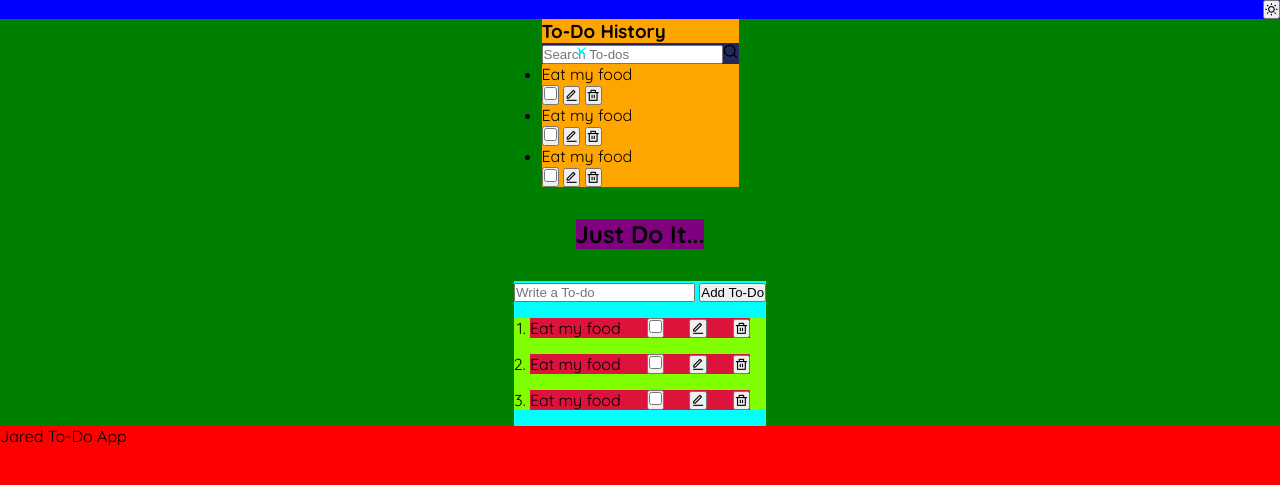
Repository: EguJaredoBoyd/Jared-ToDo-App
Page: main.html
These files come from the project's save history. The page is drawn as it stood at one moment and after the next save; the edit follows.
The browser window is 1280 px wide. The pictures show the whole page.
Some web libraries are served in a nearby version.

Above is the page before, as saved 2025-12-23 17:40:05.
Not found: js/to-do.j

### main.html
<!DOCTYPE html>
<html lang="en">
  <head>
    <meta charset="UTF-8" />
    <meta name="viewport" content="width=device-width, initial-scale=1.0" />
    <title>Document</title>
    <link
      href="https://cdn.jsdelivr.net/npm/remixicon@4.7.0/fonts/remixicon.css"
      rel="stylesheet"
    />
    <link rel="preconnect" href="https://fonts.googleapis.com" />
    <link rel="preconnect" href="https://fonts.gstatic.com" crossorigin />
    <link
      href="https://fonts.googleapis.com/css2?family=Quicksand:wght@300..700&display=swap"
      rel="stylesheet"
    />
    <link rel="stylesheet" href="./css/main.css" />
    <script src="./js/to-do.j" defer></script>
  </head>

  <body>
    <div class="body__todo-wrapper">
      <header>
        <button><i class="ri-sun-line"></i></button>
      </header>

      <main>
        <section class="todo-history">
          <div>
            <h3>To-Do History</h3>
          </div>
          <div class="todo-history__icon">
            <div>
              <input type="text" placeholder="Search To-dos " />
              <i class="ri-close-line"></i>
            </div>
            <i class="ri-search-line"></i>
          </div>
          <div>
            <ul>
              <div class="ul__list">
                <li>Eat my food</li>
                <button>
                  <input type="checkbox" name="checkbox" id="checkbox" />
                </button>
                <button><i class="ri-edit-line"></i></button>
                <button><i class="ri-delete-bin-line"></i></button>
              </div>
              <div class="ul__list">
                <li>Eat my food</li>
                <button>
                  <input type="checkbox" name="checkbox" id="checkbox" />
                </button>
                <button><i class="ri-edit-line"></i></button>
                <button><i class="ri-delete-bin-line"></i></button>
              </div>
              <div class="ul__list">
                <li>Eat my food</li>
                <button>
                  <input type="checkbox" name="checkbox" id="checkbox" />
                </button>
                <button><i class="ri-edit-line"></i></button>
                <button><i class="ri-delete-bin-line"></i></button>
              </div>
            </ul>
          </div>
        </section>

        <section class="todo-title">
          <div>
            <h2>Just Do It...</h2>
          </div>
        </section>

        <section class="todo-add-task">
          <div class="To-Do">
            <input type="text" id="to-do" placeholder="Write a To-do" />
            <button id="add-task">Add To-Do</button>

            <ol id="task-show" class="task-list">
              <div class="ol__list">
                <li>Eat my food</li>
                <button>
                  <input type="checkbox" name="checkbox" id="checkbox" />
                </button>
                <button><i class="ri-edit-line"></i></button>
                <button><i class="ri-delete-bin-line"></i></button>
              </div>
              <div class="ol__list">
                <li>Eat my food</li>
                <button>
                  <input type="checkbox" name="checkbox" id="checkbox" />
                </button>
                <button><i class="ri-edit-line"></i></button>
                <button><i class="ri-delete-bin-line"></i></button>
              </div>
              <div class="ol__list">
                <li>Eat my food</li>
                <button>
                  <input type="checkbox" name="checkbox" id="checkbox" />
                </button>
                <button><i class="ri-edit-line"></i></button>
                <button><i class="ri-delete-bin-line"></i></button>
              </div>
            </ol>
          </div>
        </section>
      </main>

      <footer>
        <div>Jared To-Do App</div>
      </footer>
    </div>
  </body>
</html>

### css/main.css
*,
*::before,
*::after {
  box-sizing: border-box;
  margin: 0;
  padding: 0;
}

:root {
  /* My project colours to use */
  --primary-color: #21295c;
  --secondary-color: #ffffff;

  /* My font size to use */
  --font-base: 16px;

  /* My spaces to use */
}

html {
  font-size: var(--font-base);
}

body {
  font-family: "Quicksand", sans-serif;
  background-color: red;
  max-width: 100vw;
  max-height: 100vh;
}

.body__todo-wrapper header {
  display: flex;
  justify-content: end;
  align-items: center;
  background-color: blue;
}

main {
  display: flex;
  flex-direction: column;
  justify-content: center;
  align-items: center;
  background-color: green;
  gap: 2rem;
  width: 100vw;
  max-width: 100vw;
}

.todo-history {
  position: relative;
  background-color: orange;
}

.ri-close-line {
  position: absolute;
  left: 2rem;
  color: aqua;
}

.todo-history__icon {
  display: flex;
  background-color: #21295c;
}

.todo-title {
  background-color: purple;
}

.todo-add-task {
  background-color: aqua;
}

.task-list {
  background-color: chartreuse;
}

.ol__list {
  display: flex;
  justify-content: space-between;
  align-items: center;
  margin: 1rem;
  background-color: crimson;
}

After the next save:
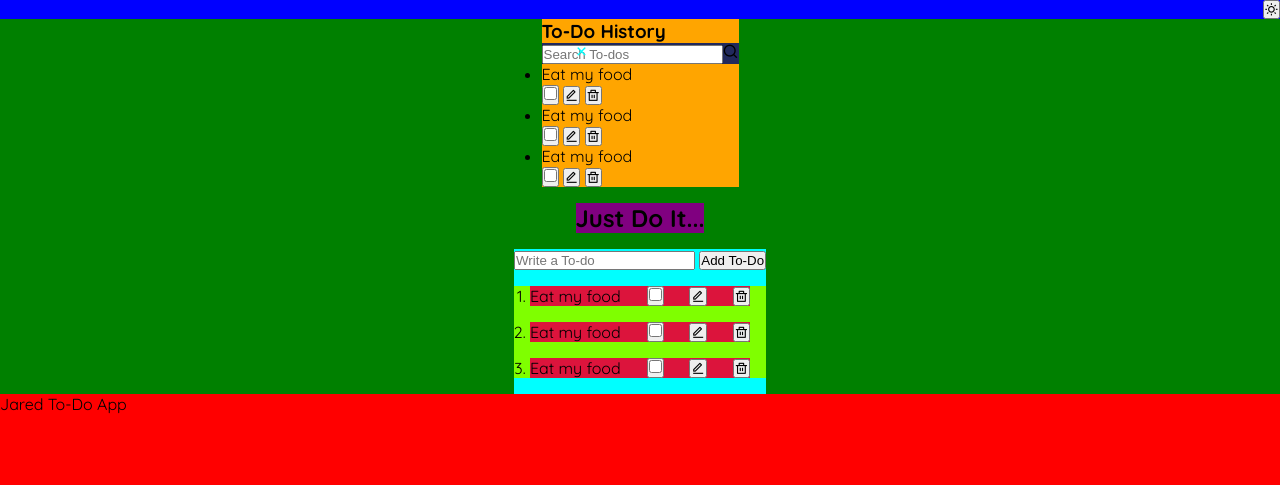
Saved 11 s later.
--- a/css/main.css
+++ b/css/main.css
@@ -41,7 +41,7 @@
   justify-content: center;
   align-items: center;
   background-color: green;
-  gap: 2rem;
+  gap: 1rem;
   width: 100vw;
   max-width: 100vw;
 }

After the save that followed:
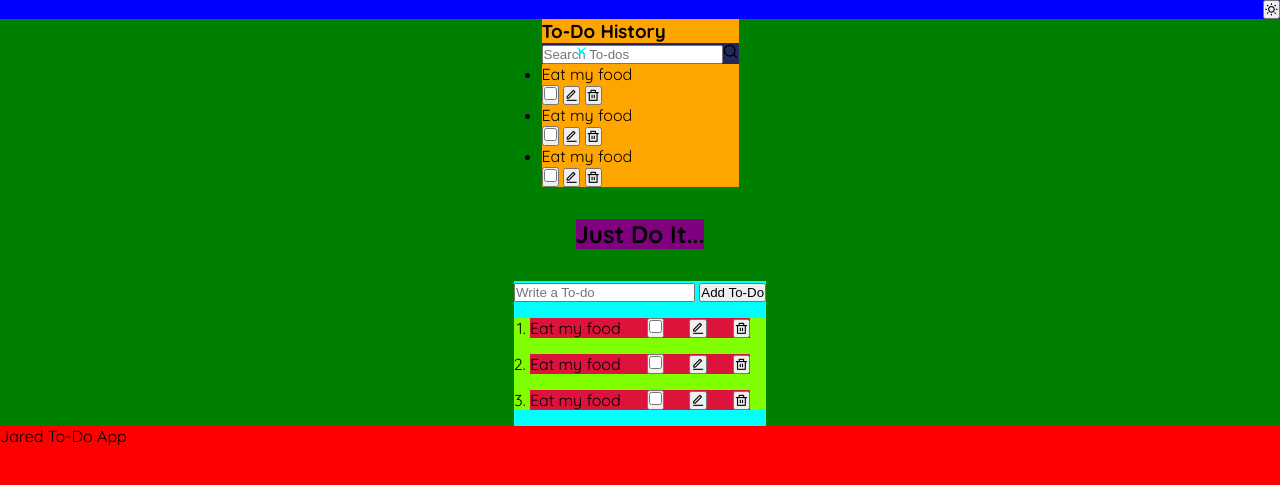
Saved 9 s later.
--- a/css/main.css
+++ b/css/main.css
@@ -41,7 +41,7 @@
   justify-content: center;
   align-items: center;
   background-color: green;
-  gap: 1rem;
+  gap: 2rem;
   width: 100vw;
   max-width: 100vw;
 }
